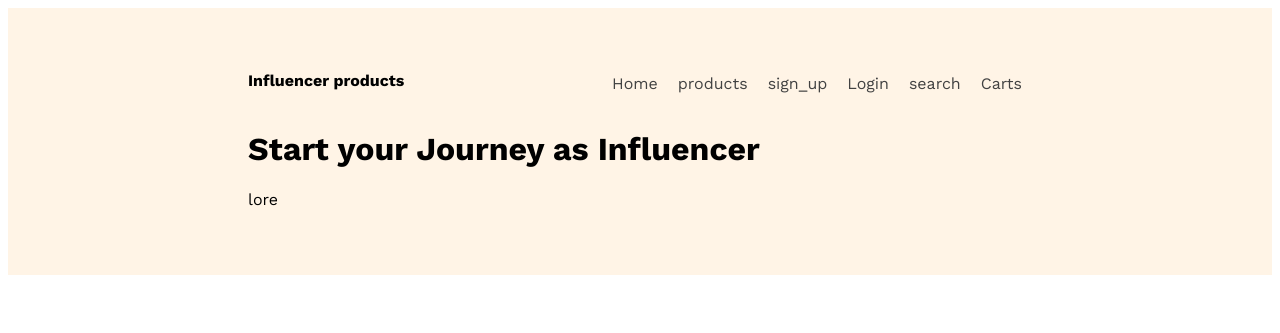
Repository: RudrasahaDibos/Camera-gear
Page: index.html
An editor plug-in stored every save of this project. The page is shown before and after a run of saves, followed by the edit.
The browser window is 1280 px wide. The pictures show the whole page.

Above is the page before, as saved 2024-10-08 14:30:32.

### index.html
<!DOCTYPE html>
<html lang="en">
<head>
    <meta charset="UTF-8">
    <meta name="viewport" content="width=device-width, initial-scale=1.0">
    <link rel="stylesheet" href="style.css">
    <title>Influencergear</title>
</head>
<body>
          <header class="header-container">
                    <nav class="Influencer-header">

                            <h2>Influencer products</h2>


                            <ul class="Influencer-header-button">
                                <li><a href="">Home</a></li>
                                <li><a href="">products</a></li>
                                <li><a href="">sign_up</a></li>
                                <li><a href="">Login</a></li>
                                <li><a href="">search</a></li>
                                <li><a href="">Carts</a></li>

                            </ul>

                    </nav>
<!-- banner-header -->
                    <div class="banner">
                           <h1>Start your Journey as
                            Influencer</h1>
                            <p>lore</p>
                    </div>
          </header>

          <main>

          </main>

          <footer>

          </footer>
</body>
</html>

### style.css

@import url('https://fonts.googleapis.com/css2?family=Work+Sans:ital,wght@0,100..900;1,100..900&display=swap');
/* shared section
 */
*{
    font-family: "Lato", sans-serif;
    font-family: "Open Sans", sans-serif;
    font-family: "Work sans", sans-serif;


}


/* header */
.header-container{
    background-color: rgba(255,144,14,0.10);
    padding: 50px 240px;
}
.Influencer-header{
    display: flex;
    justify-content: space-between;
    text-align: center;
}
.Influencer-header h2{
    font-size: 1rem;
    width: 500;
}
.Influencer-header-button{
    display: flex;

}
.Influencer-header-button li{
    list-style: none;
}
.Influencer-header-button li a{
    margin: 10px;
    text-decoration: none;
    color: #424242

}

After the next 4 saves:
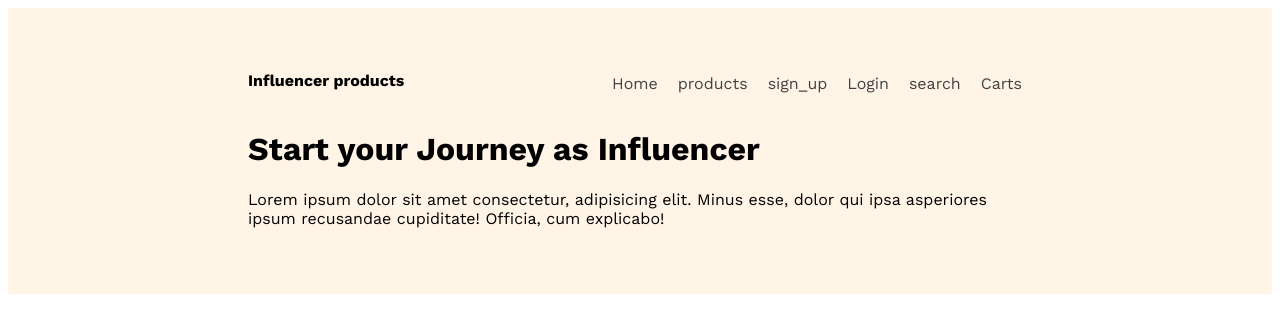
The 4 saves are shown as one change because they came seconds apart.
The last was saved 10 s later.
--- a/index.html
+++ b/index.html
@@ -28,7 +28,9 @@
                     <div class="banner">
                            <h1>Start your Journey as
                             Influencer</h1>
-                            <p>lore</p>
+                            <p>Lorem ipsum dolor sit amet consectetur, adipisicing elit. Minus esse,
+                            dolor qui ipsa asperiores ipsum recusandae cupiditate! Officia, cum explicabo!</p>
+
                     </div>
           </header>
 
